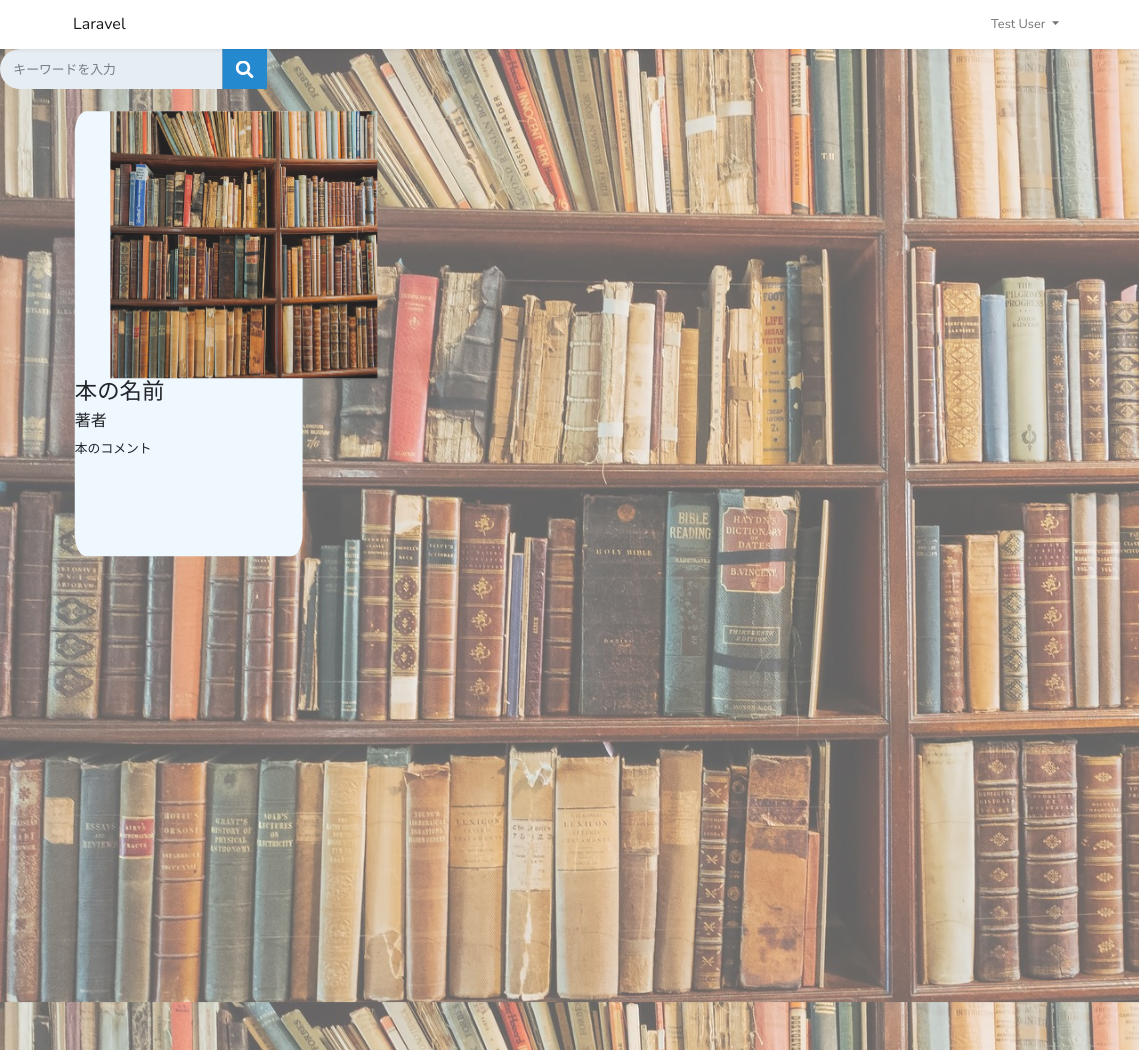
Repository: yamamotoryota1998/Bookreminder
Page: http://localhost/home
These files come from the project's save history. The page is drawn as it stood at one moment and after the next save; the edit follows.
The browser window is 1280 px wide. The pictures show the whole page, at 89% of full size.
The page is served by the project's Laravel application, run on PHP 8.4 with Laravel 9. A made-up administrator, Test User (test@example.com), is signed in. Other server files are loaded and not shown. Style sheets and scripts are compiled from the project's sources, by tool versions that may differ from the author's.

Above is the page before, as saved 2023-04-07 17:38:23.

### routes/web.php
<?php

use Illuminate\Support\Facades\Route;

/*
|--------------------------------------------------------------------------
| Web Routes
|--------------------------------------------------------------------------
|
| Here is where you can register web routes for your application. These
| routes are loaded by the RouteServiceProvider within a group which
| contains the "web" middleware group. Now create something great!
|
*/

Route::get('/', function () {
    return view('/home');
});

Auth::routes();

Route::get('/home', [App\Http\Controllers\HomeController::class, 'index'])->name('home');

### resources/views/home.blade.php
@extends('layouts.app')

@section('content')
<div class="wrapper-all" >
    <form action="result" method="post" class="search-form-006">
        @csrf
        <label>
        <input type="text" name="book" placeholder="キーワードを入力">
    </label>
    <button type="submit" aria-label="検索"></button>
</form>
    <div class="wrapper-contents">
        <div class="contents">
            <img src="/public/img/本棚.jpg" class="book-img">
            <h3 class="book-name">本の名前</h3>
            <h5 class="book-artist">著者</h5>
            <p class="book-comment">本のコメント</p>
        </div>
    </div>
</div>
@endsection

### resources/views/layouts/app.blade.php
<!doctype html>
<html lang="{{ str_replace('_', '-', app()->getLocale()) }}">
<head>
    <meta charset="utf-8">
    <meta name="viewport" content="width=device-width, initial-scale=1">

    <!-- CSRF Token -->
    <meta name="csrf-token" content="{{ csrf_token() }}">

    <title>{{ config('app.name', 'Laravel') }}</title>

    <!-- Fonts -->
    <link rel="dns-prefetch" href="//fonts.gstatic.com">
    <link href="https://fonts.bunny.net/css?family=Nunito" rel="stylesheet">
    <link href="{{asset('/style.css')}}" rel="stylesheet">
    <!-- Scripts -->
    @vite(['resources/sass/app.scss', 'resources/js/app.js'])
</head>
<body>
    <div id="app">
        <nav class="navbar navbar-expand-md navbar-light bg-white shadow-sm">
            <div class="container">
                <a class="navbar-brand" href="{{ url('/') }}">
                    {{ config('app.name', 'Laravel') }}
                </a>
                <button class="navbar-toggler" type="button" data-bs-toggle="collapse" data-bs-target="#navbarSupportedContent" aria-controls="navbarSupportedContent" aria-expanded="false" aria-label="{{ __('Toggle navigation') }}">
                    <span class="navbar-toggler-icon"></span>
                </button>

                <div class="collapse navbar-collapse" id="navbarSupportedContent">
                    <!-- Left Side Of Navbar -->
                    <ul class="navbar-nav me-auto">

                    </ul>

                    <!-- Right Side Of Navbar -->
                    <ul class="navbar-nav ms-auto">
                        <!-- Authentication Links -->
                        @guest
                            @if (Route::has('login'))
                                <li class="nav-item">
                                    <a class="nav-link" href="{{ route('login') }}">{{ __('Login') }}</a>
                                </li>
                            @endif

                            @if (Route::has('register'))
                                <li class="nav-item">
                                    <a class="nav-link" href="{{ route('register') }}">{{ __('Register') }}</a>
                                </li>
                            @endif
                        @else
                            <li class="nav-item dropdown">
                                <a id="navbarDropdown" class="nav-link dropdown-toggle" href="#" role="button" data-bs-toggle="dropdown" aria-haspopup="true" aria-expanded="false" v-pre>
                                    {{ Auth::user()->name }}
                                </a>

                                <div class="dropdown-menu dropdown-menu-end" aria-labelledby="navbarDropdown">
                                    <a class="dropdown-item" href="{{ route('logout') }}"
                                       onclick="event.preventDefault();
                                                     document.getElementById('logout-form').submit();">
                                        {{ __('Logout') }}
                                    </a>

                                    <form id="logout-form" action="{{ route('logout') }}" method="POST" class="d-none">
                                        @csrf
                                    </form>
                                </div>
                            </li>
                        @endguest
                    </ul>
                </div>
            </div>
        </nav>
            @yield('content')
        </main>
    </div>
</body>
</html>

### public/style.css

.wrapper-all{
    width: 100%;
    height: 100%;
    background-image: url(img/本棚.jpg);
    background-color:rgba(255,255,255,0.3);
    background-blend-mode:lighten;
}
.wrapper-contents{
    width: 90%;
    height: 1080px;
    margin-left: auto;
    margin-right: auto;
    /* background-color: aqua; */
}
.contents{
    margin-top: 25px;
    margin-left: 20px;
    margin-right: 20px;
    width: 20%;
    height: 500px ;
    position:absolute;
    background-color: aliceblue;
    border-radius: 5%;
}
.book-img{
    width: 300px;
    height: 300px;
    position: relative;
    left: 40px;
}
.search-form-006 {
    display: flex;
    align-items: center;
    border-radius: 25px;
    overflow: hidden;
}

.search-form-006 input {
    width: 250px;
    height: 45px;
    padding: 5px 15px;
    border: none;
    box-sizing: border-box;
    background-color: #e6edf3;
    font-size: 1em;
    outline: none;
}

.search-form-006 input::placeholder {
    color: #767d83;
}

.search-form-006 button {
    display: flex;
    justify-content: center;
    align-items: center;
    width: 50px;
    height: 45px;
    border: none;
    background-color: #2589d0;
    cursor: pointer;
}

.search-form-006 button::after {
    width: 20px;
    height: 20px;
    background-image: url('data:[embedded picture, 518 characters]');
    background-repeat: no-repeat;
    content: '';
}

Loaded but not shown: app/Http/Controllers/Auth/ConfirmPasswordController.php (common file); app/Http/Controllers/Controller.php (common file); app/Models/User.php (common file); app/Http/Controllers/HomeController.php (common file); resources/sass/app.scss (common file); resources/sass/_variables.scss (common file)

After the next save:
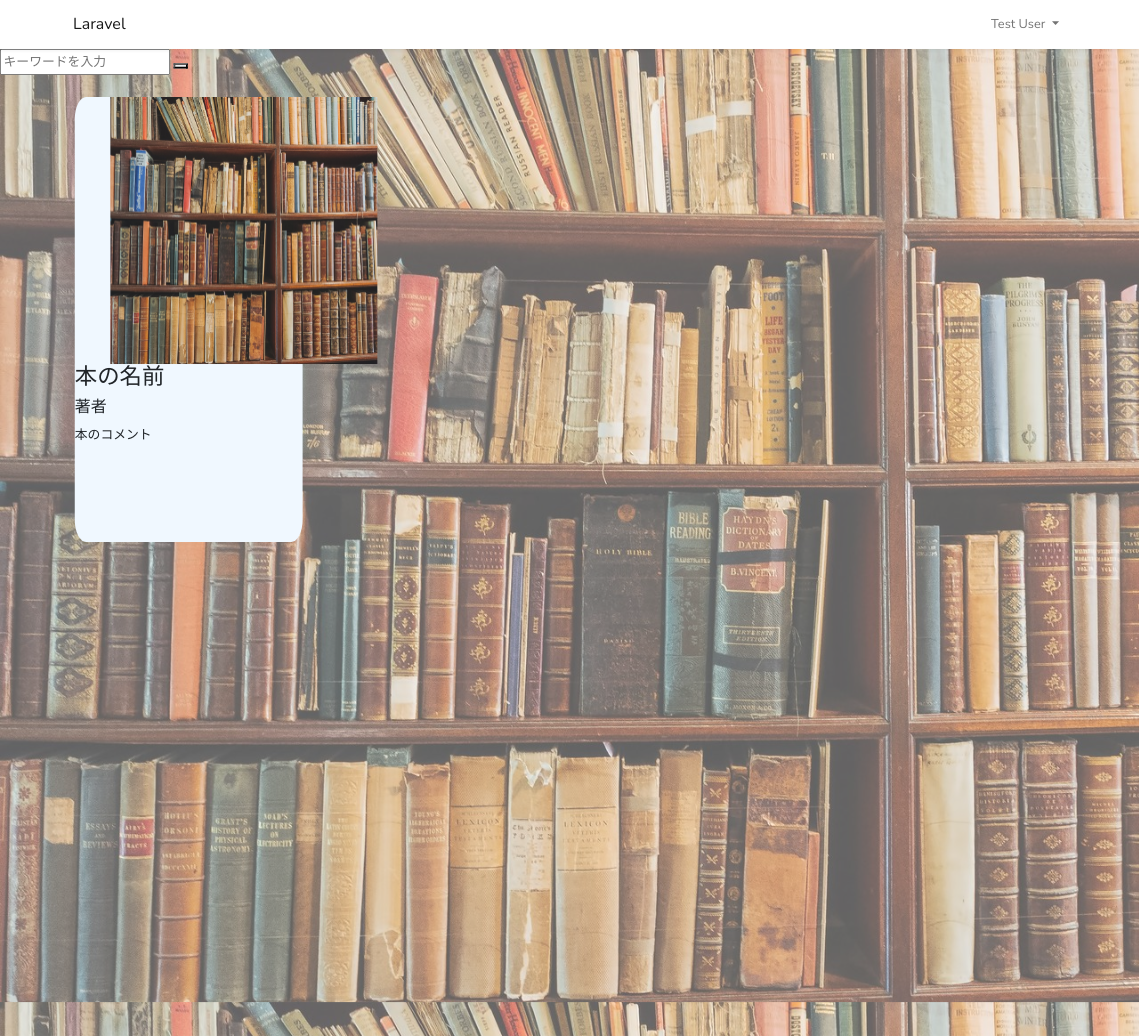
Saved 16 s later.
--- a/resources/views/home.blade.php
+++ b/resources/views/home.blade.php
@@ -2,7 +2,7 @@
 
 @section('content')
 <div class="wrapper-all" >
-    <form action="result" method="post" class="search-form-006">
+    <form action="result" method="post" class="search-form-002">
         @csrf
         <label>
         <input type="text" name="book" placeholder="キーワードを入力">
